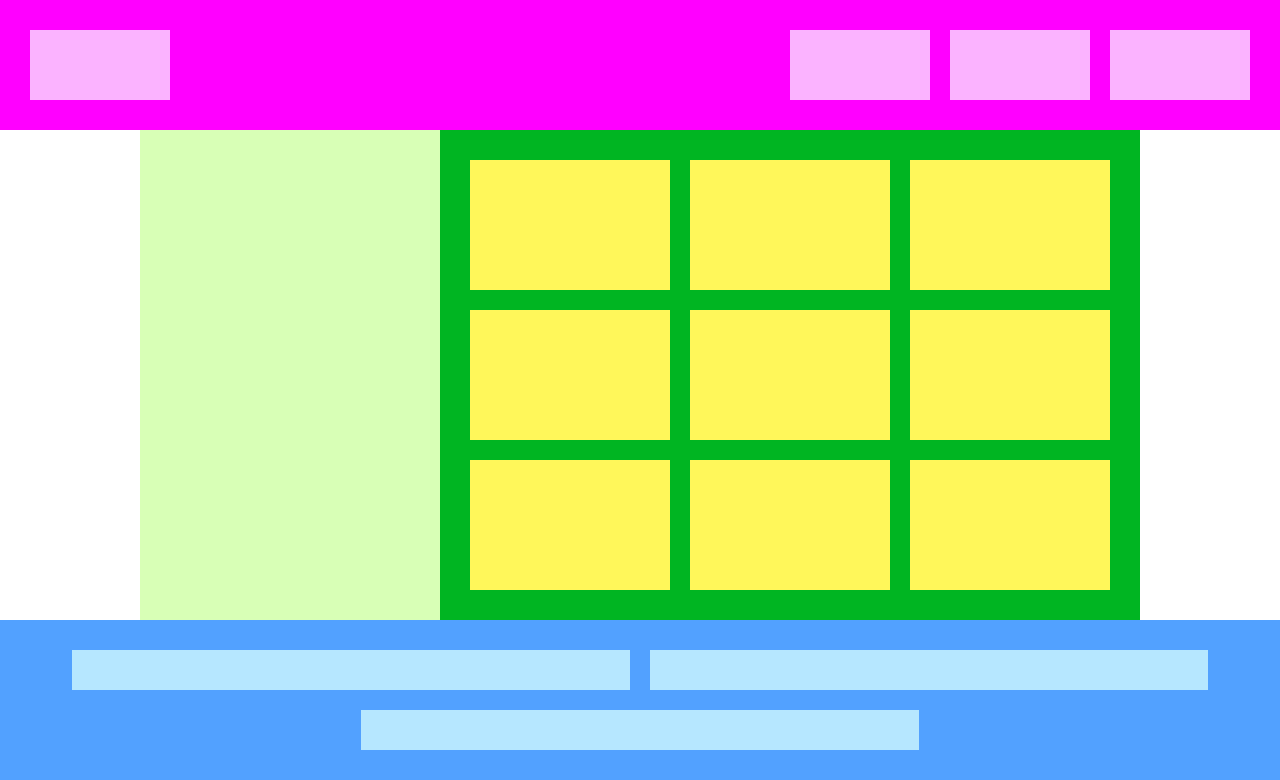
Repository: matuyama/dmm-webcamp
Page: flex/flex.html
The author's editor kept a record of every edit. The page is drawn from the files as they stood at one moment, then again after the next edit.
The browser window is 1280 px wide. The pictures show the whole page.

Above is the page before.

After the next edit:
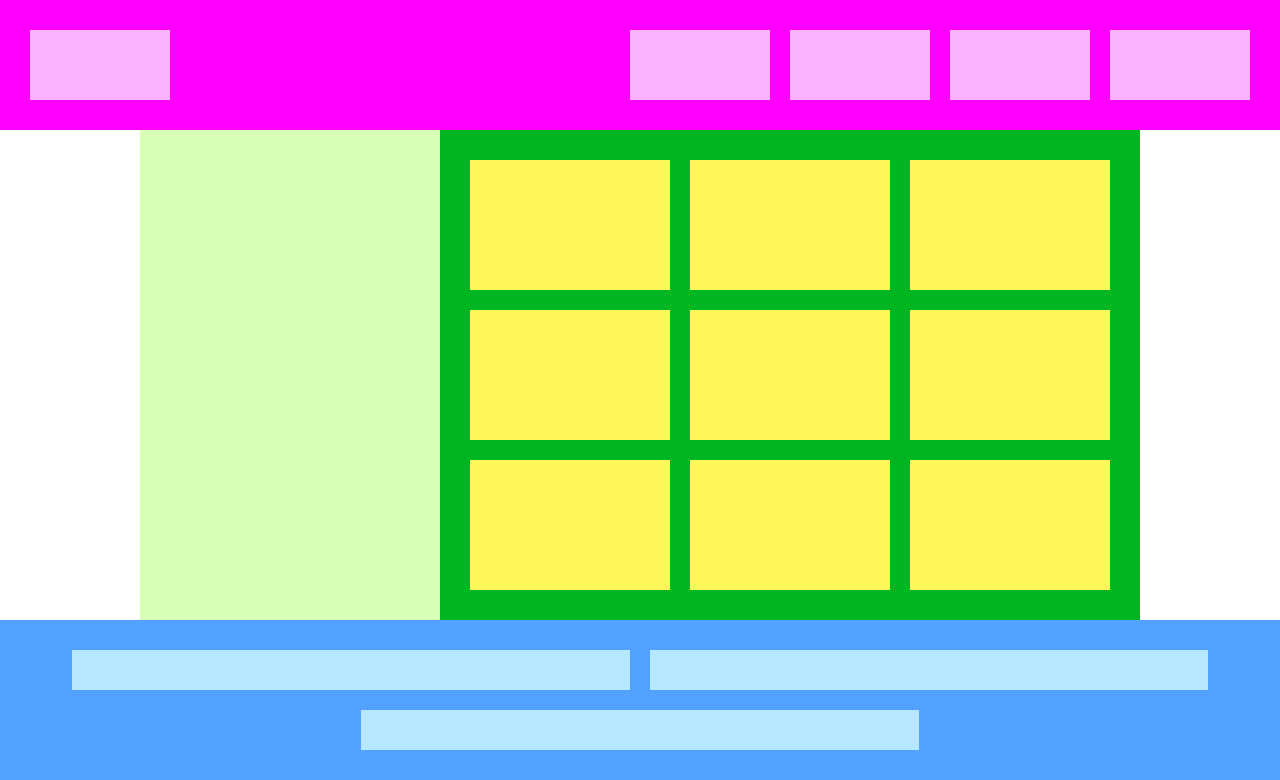
The edit:
--- a/flex/flex.html
+++ b/flex/flex.html
@@ -7,6 +7,7 @@
   </head>
   <body>
     <div class="header">
+      <div></div>
       <div></div>
       <div></div>
       <div></div>
